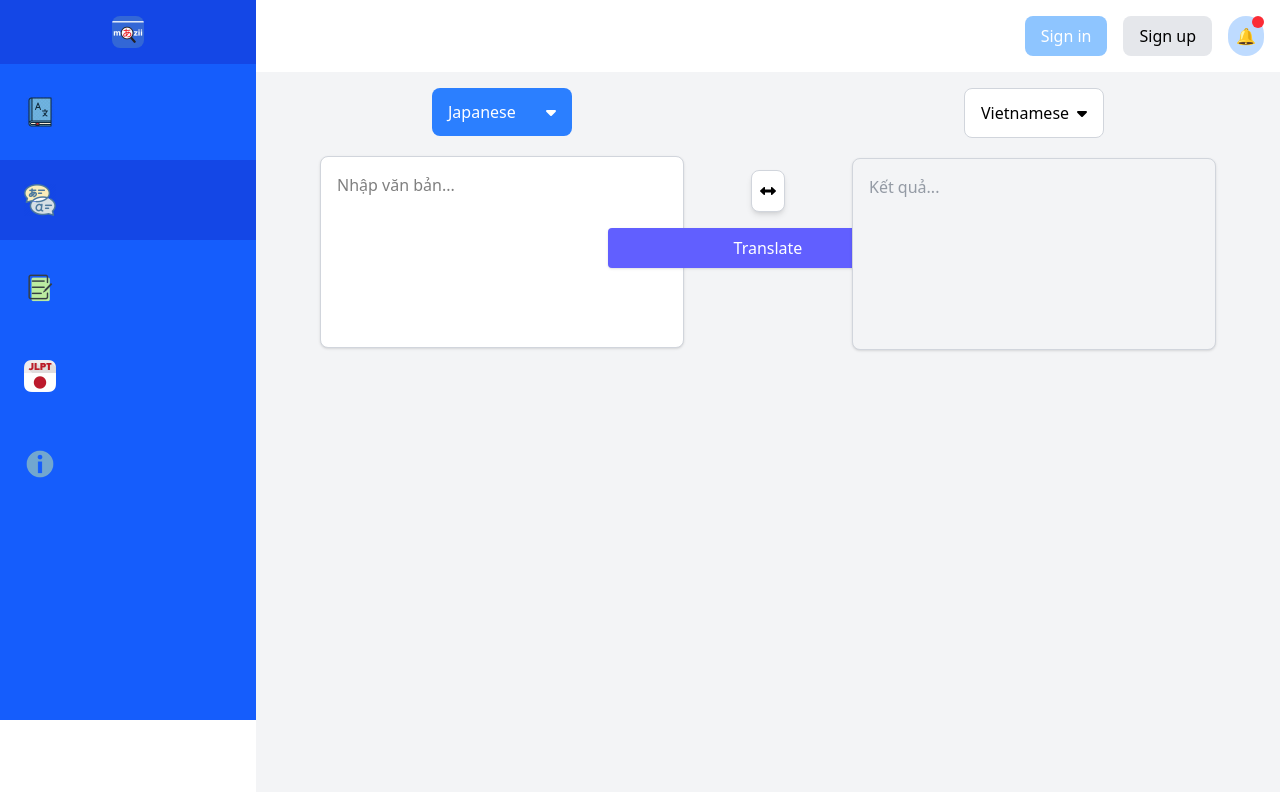
Repository: reminzuetto/JapaneseTranslationApp
Page: /translate
These files come from the project's save history. The page is drawn as it stood at one moment and after the next save; the edit follows.
The browser window is 1280 px wide. The pictures show the whole page.
The page's requests for data from a server got no answer. The project was rebuilt for these pictures with package versions that can differ from the ones it lists, and the page was loaded fresh each time. No one was signed in, and anything a server would have sent is missing. Also part of the build but not shown: vite.config.js, src/components/Header/NotificationItem.jsx, src/components/SeachBar/DropDownButton.jsx, src/components/SeachBar/SearchInput.jsx, src/components/SeachBar/SearchBar.jsx, src/pages/Home.jsx, src/Firebase.jsx, src/pages/SignInForm.jsx and 5 more.

Above is the page before, as saved 2025-03-18 00:10:23.

After the next save:
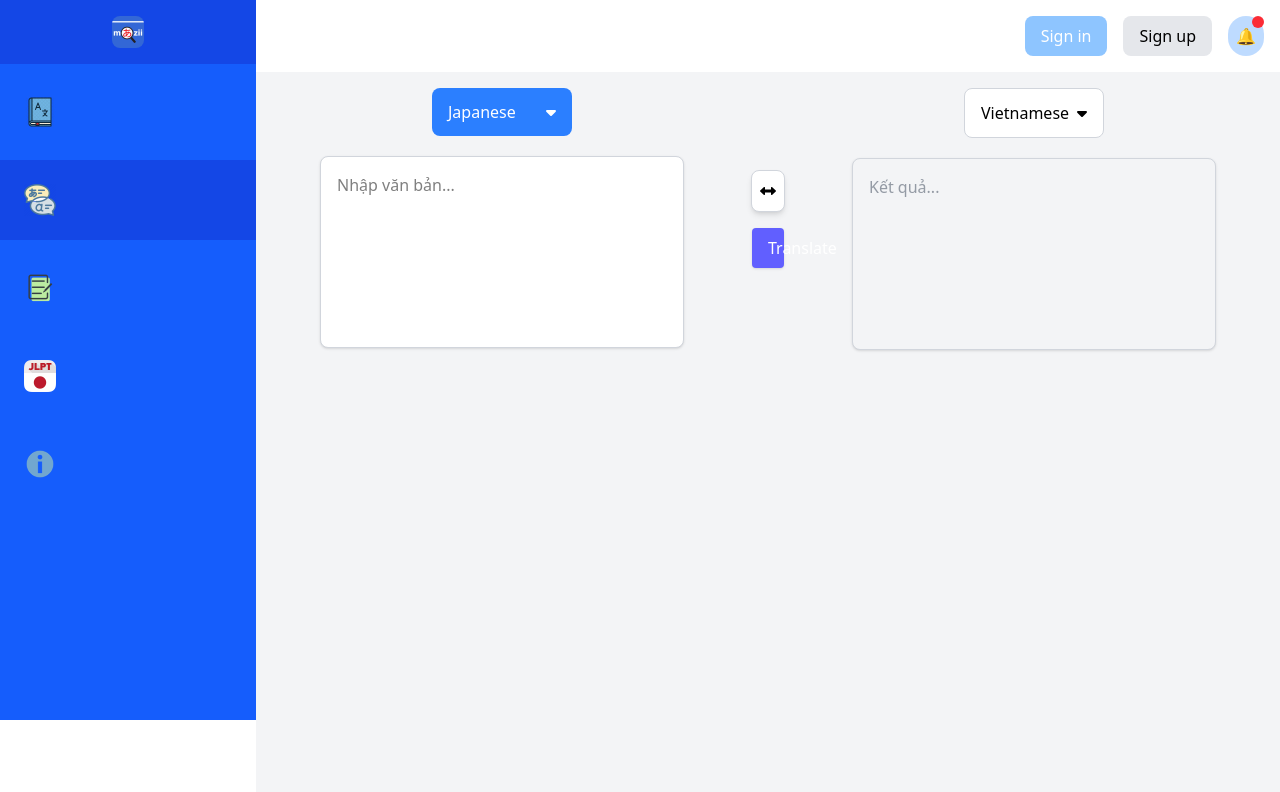
Saved 7 s later.
--- a/src/pages/TranslatePage.jsx
+++ b/src/pages/TranslatePage.jsx
@@ -66,7 +66,7 @@ const TranslatePage = () => {
 
           <button
             onClick={handleTranslate}
-            className="px-4 py-2 w-80 bg-indigo-500 text-white rounded shadow hover:bg-indigo-600"
+            className="px-4 py-2 w-3 bg-indigo-500 text-white rounded shadow hover:bg-indigo-600"
           >
             Translate
           </button>
